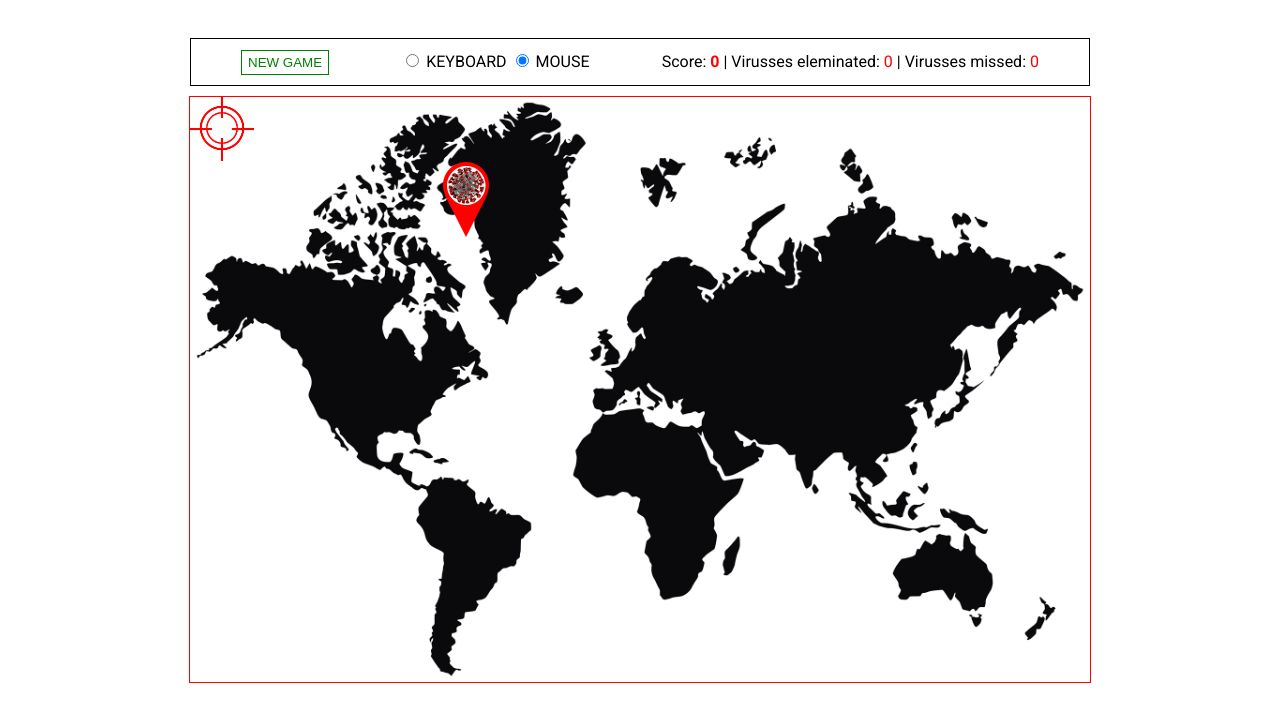
Repository: Baterka/DestroyTheVirus
Page: index.html
An editor plug-in stored every save of this project. The page is shown before and after the next save, followed by the edit.
The browser window is 1280 px wide. The pictures show the whole page.

Above is the page before, as saved 2020-03-19 16:33:54.

After the next save:
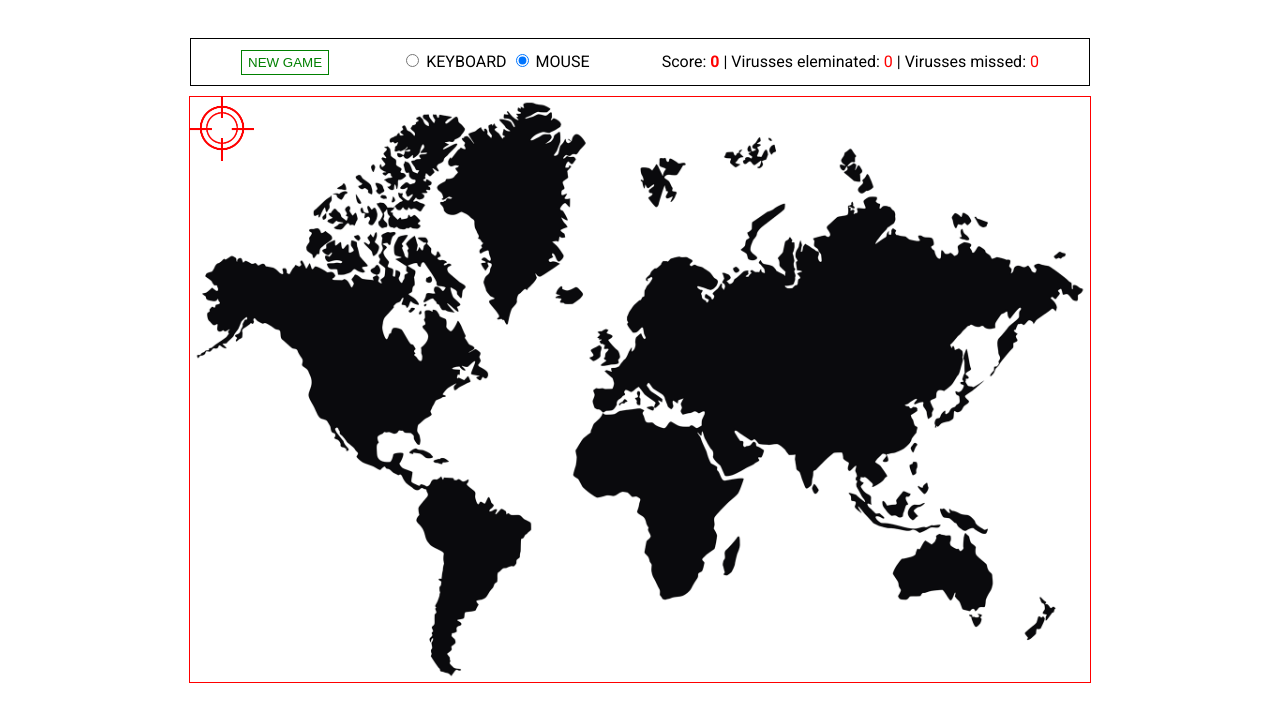
Saved 4 min 59 s later.
--- a/main.js
+++ b/main.js
@@ -9,7 +9,7 @@ class Game {
 
     _successAudioElem = document.getElementById("successAudioElem");
 
-    tps = 30;
+    tps = 60;
 
     canvasOffset = {
         x: 0,
